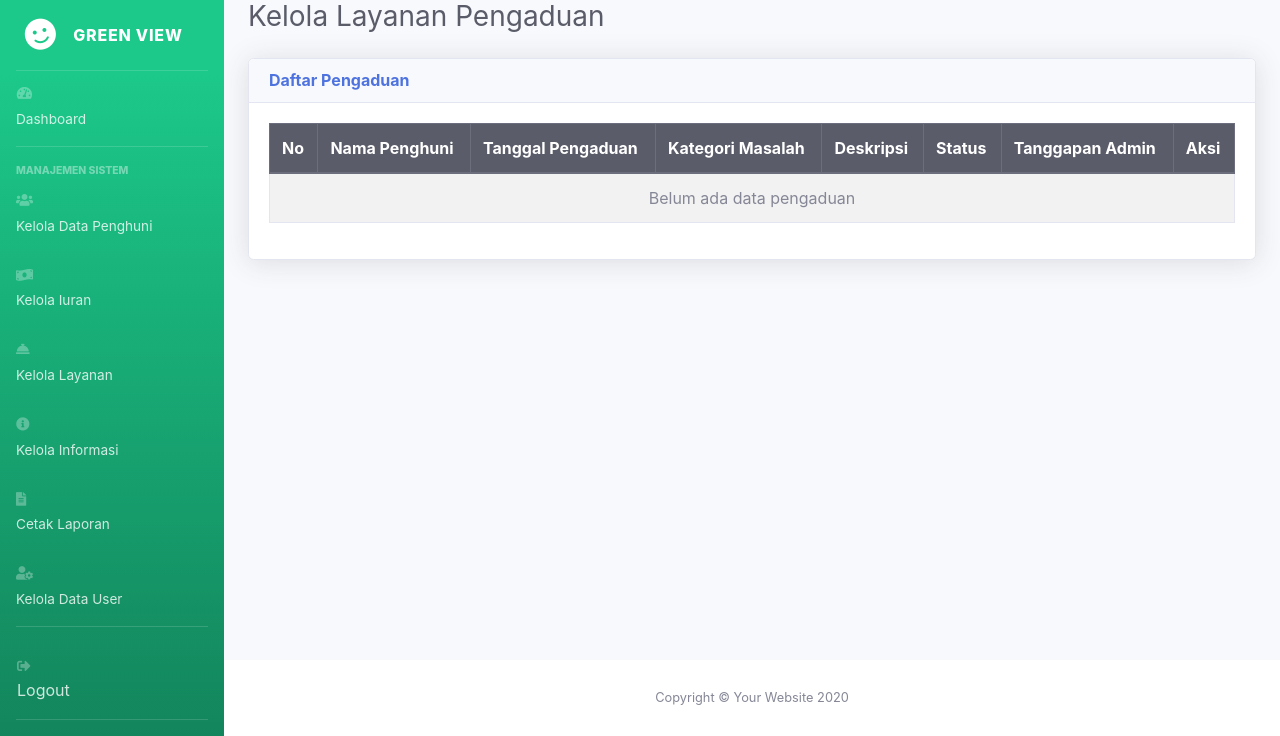
Repository: ryanmlnaa/project-ta
Page: http://localhost/admin/layanan
An editor plug-in stored every save of this project. The page is shown before and after the next save, followed by the edit.
The browser window is 1280 px wide. The pictures show the whole page.
The page is served by the project's Laravel application, run on PHP 8.4 with Laravel 12. A made-up administrator, Test User (test@example.com), is signed in. Queries for data that is not in the repository find no rows.

Above is the page before, as saved 2026-03-31 10:56:31.

After the next save:
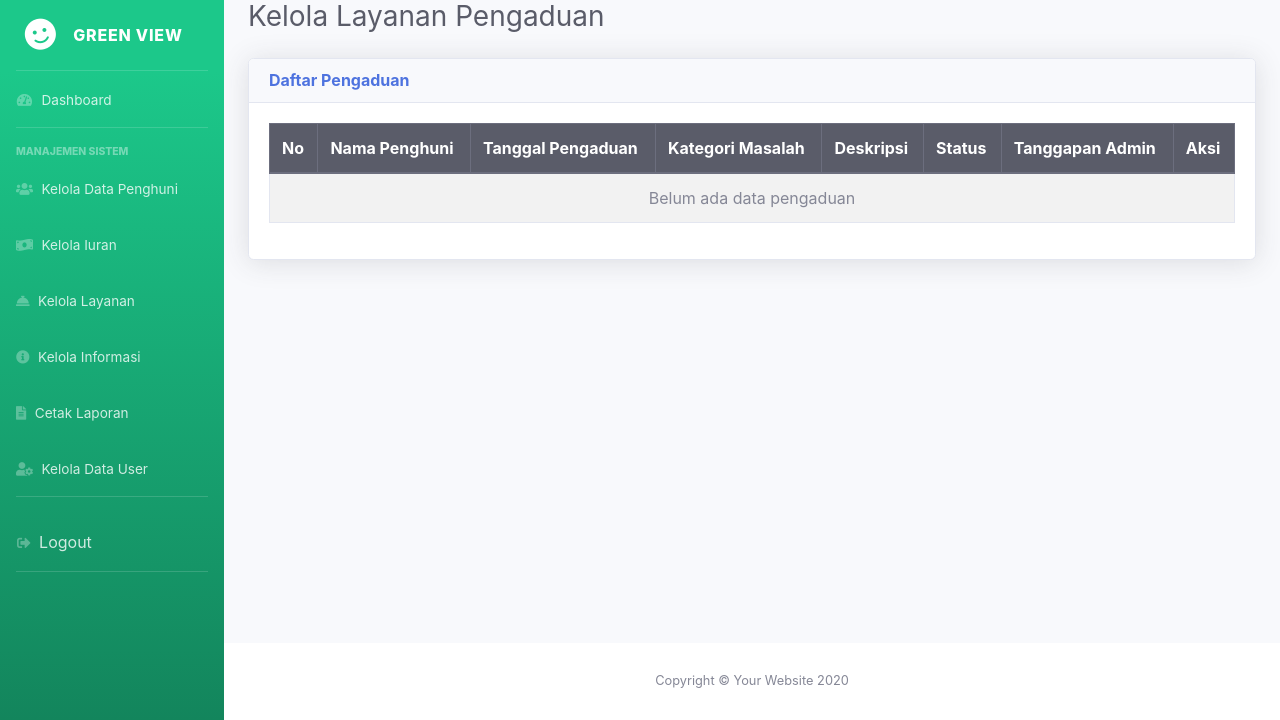
Saved 24 s later.
--- a/resources/views/layouts/app.blade.php
+++ b/resources/views/layouts/app.blade.php
@@ -173,17 +173,12 @@
 </html>
 
 <style>
-.nav-link {
-    transition: all 0.3s ease;
+.navbar-nav .nav-link {
+    transition: 0.3s;
 }
 
-.nav-link:hover {
-    transform: scale(1.1);
-    color: #0d6efd !important;
-}
-
-.nav-link i {
-    display: block;
-    margin-bottom: 5px;
+.navbar-nav .nav-link:hover {
+    color: #198754 !important;
+    transform: translateY(-2px);
 }
 </style>

After the save that followed:
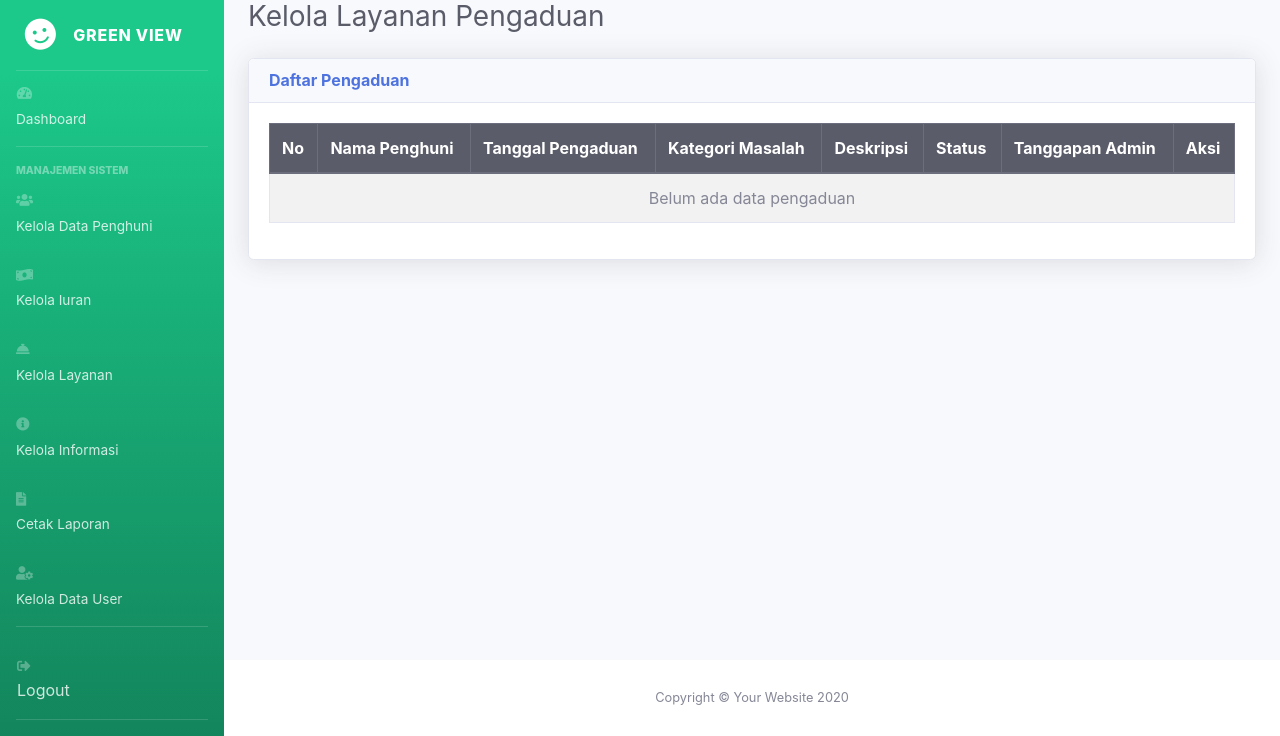
Saved 13 s later.
--- a/resources/views/layouts/app.blade.php
+++ b/resources/views/layouts/app.blade.php
@@ -173,12 +173,17 @@
 </html>
 
 <style>
-.navbar-nav .nav-link {
-    transition: 0.3s;
+.nav-link {
+    transition: all 0.3s ease;
 }
 
-.navbar-nav .nav-link:hover {
-    color: #198754 !important;
-    transform: translateY(-2px);
+.nav-link:hover {
+    transform: scale(1.1);
+    color: #0d6efd !important;
+}
+
+.nav-link i {
+    display: block;
+    margin-bottom: 5px;
 }
 </style>
